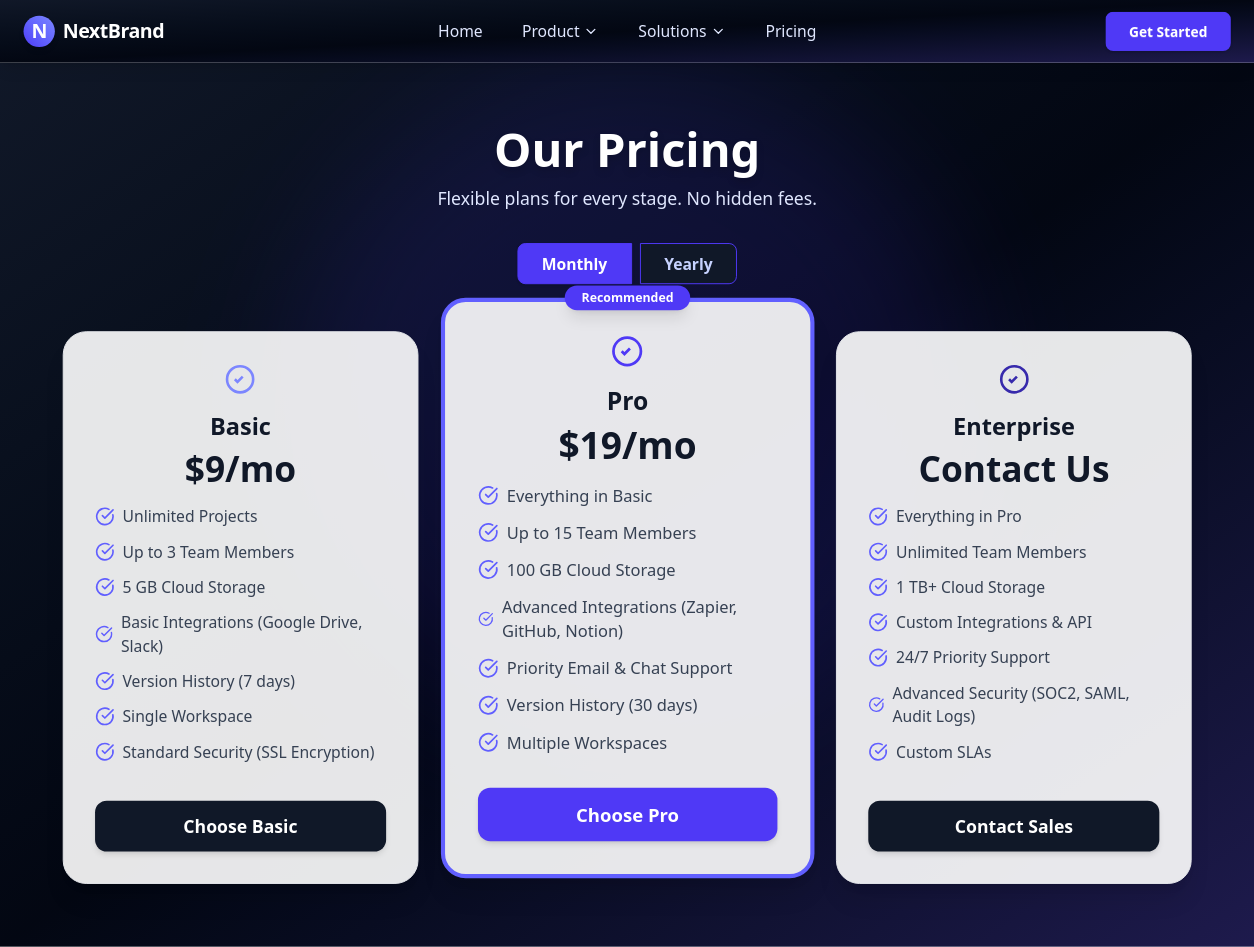
Repository: Chiranshukapil/Next_Brand
Page: /pricing
These files come from the project's save history. The page is drawn as it stood at one moment and after the next save; the edit follows.
The browser window is 1280 px wide. The pictures show the whole page, at 98% of full size.
The project was rebuilt for these pictures with package versions that can differ from the ones it lists, and the page was loaded fresh each time. Also part of the build but not shown: vite.config.js.

Above is the page before, as saved 2025-06-18 12:21:59.

### index.html
<!doctype html>
<html lang="en">
  <head>
    <meta charset="UTF-8" />
    <link rel="stylesheet" href="src/index.css">
    <meta name="viewport" content="width=device-width, initial-scale=1.0" />
    <title>NavBar</title>
  </head>
  <body classname="scroll-smooth">
    <div id="root"></div>
    <script type="module" src="/src/main.jsx"></script>
  </body>
</html>

### src/App.jsx
import { useState } from 'react'
import { BrowserRouter as Router, Routes, Route } from 'react-router-dom'
import Navbar from './Components/NavBar.jsx'
import PricingSection from './Components/PricingSection.jsx'

function App() {
  return (
    <Router>
      <Navbar />
      <Routes>

        <Route path="/pricing" element={<PricingSection />} />

      </Routes>
    </Router>
  )
}

export default App

### src/Components/NavBar.jsx
import React, { useState } from "react";
import { Link } from "react-router-dom";
import { Menu, X, ChevronDown } from "lucide-react";

// Route-based navLinks
const navLinks = [
  { name: "Home", href: "/" },
  {
    name: "Product",
    href: "/product",
    dropdown: [
      { name: "Overview", href: "/product/overview" },
      { name: "Features", href: "/product/features" },
      { name: "Pricing", href: "/pricing" },
    ],
  },
  {
    name: "Solutions",
    href: "/solutions",
    dropdown: [
      { name: "For Teams", href: "/solutions/teams" },
      { name: "For Individuals", href: "/solutions/individuals" },
    ],
  },
  { name: "Pricing", href: "/pricing" },
];

export default function Navbar() {
  const [menuOpen, setMenuOpen] = useState(false);
  const [dropdownOpen, setDropdownOpen] = useState(null);

  return (
    <nav className="sticky top-0 z-50 bg-gradient-to-br from-gray-900 via-gray-950 to-indigo-950 backdrop-blur-md bg-opacity-80 shadow-lg flex justify-between items-center px-6 py-3">
      {/* Brand/Logo */}
      <div className="navbar-start">
        <Link
          to="/"
          className="flex items-center gap-2 text-xl font-bold tracking-tight text-white hover:text-indigo-400 transition-colors"
        >
          <span className="w-8 h-8 bg-gradient-to-tr from-indigo-600 to-indigo-400 rounded-full text-white flex items-center justify-center font-bold shadow-md">
            N
          </span>
          <span>NextBrand</span>
        </Link>
      </div>

      {/* Desktop Menu */}
      <div className="navbar-center hidden md:flex">
        <ul className="flex gap-2 items-center">
          {navLinks.map((link, index) => (
            <li
              key={link.name}
              onMouseEnter={() => setDropdownOpen(index)}
              onMouseLeave={() => setDropdownOpen(null)}
              className="relative"
            >
              {link.dropdown ? (
                <>
                  <Link
                    to={link.href}
                    className="px-4 py-2 rounded-lg text-base font-medium flex items-center gap-1 cursor-pointer text-indigo-100 hover:text-white hover:bg-indigo-700/30 transition-colors"
                    aria-haspopup="true"
                    aria-expanded={dropdownOpen === index}
                    onClick={() => setDropdownOpen(null)}
                  >
                    {link.name}
                    <ChevronDown className="h-4 w-4" />
                  </Link>
                  {dropdownOpen === index && (
                    <ul className="absolute top-full left-0 mt-2 bg-white/95 shadow-xl rounded-xl p-2 w-52 z-50 animate-fade-in">
                      {link.dropdown.map((item) => (
                        <li key={item.name}>
                          <Link
                            to={item.href}
                            className="block px-4 py-2 rounded-lg hover:bg-indigo-100 text-gray-900 font-medium transition"
                            onClick={() => setDropdownOpen(null)}
                          >
                            {item.name}
                          </Link>
                        </li>
                      ))}
                    </ul>
                  )}
                </>
              ) : (
                <Link
                  to={link.href}
                  className="px-4 py-2 rounded-lg text-base font-medium text-indigo-100 hover:text-white hover:bg-indigo-700/30 transition"
                  onClick={() => setDropdownOpen(null)}
                >
                  {link.name}
                </Link>
              )}
            </li>
          ))}
        </ul>
      </div>

      {/* Right Side: CTA + Mobile Menu Button */}
      <div className="navbar-end flex items-center">
        <Link
          to="/get-started"
          className="btn btn-primary font-semibold shadow hidden md:inline-flex bg-indigo-600 text-white hover:bg-indigo-700 border-none rounded-lg px-6 py-2 transition"
        >
          Get Started
        </Link>
        <button
          aria-label="Toggle menu"
          className="btn btn-ghost md:hidden ml-2 text-indigo-200"
          onClick={() => setMenuOpen((v) => !v)}
        >
          {menuOpen ? (
            <X className="h-7 w-7" />
          ) : (
            <Menu className="h-7 w-7" />
          )}
        </button>

        {/* Mobile Menu */}
        <div
          className={`absolute top-full right-2 left-2 z-40 md:hidden overflow-hidden transition-all duration-300 ease-in-out bg-white/95 rounded-xl shadow-lg ${
            menuOpen ? "max-h-96" : "max-h-0"
          }`}
        >
          <ul tabIndex={0} className="flex flex-col gap-1 p-3 w-full">
            {navLinks.map((link) => (
              <li key={link.name}>
                {link.dropdown ? (
                  <details>
                    <summary className="text-base cursor-pointer flex items-center justify-between text-gray-900 font-semibold px-2 py-2 rounded-lg hover:bg-indigo-100 transition">
                      {link.name}
                    </summary>
                    <ul className="p-2">
                      {link.dropdown.map((item) => (
                        <li key={item.name}>
                          <Link
                            to={item.href}
                            className="block px-4 py-2 rounded-lg text-gray-900 hover:bg-indigo-100 transition"
                            onClick={() => setMenuOpen(false)}
                          >
                            {item.name}
                          </Link>
                        </li>
                      ))}
                    </ul>
                  </details>
                ) : (
                  <Link
                    to={link.href}
                    className="block px-4 py-2 rounded-lg text-gray-900 font-semibold hover:bg-indigo-100 transition"
                    onClick={() => setMenuOpen(false)}
                  >
                    {link.name}
                  </Link>
                )}
              </li>
            ))}
            <li className="mt-2">
              <Link
                to="/get-started"
                className="btn btn-primary w-full bg-indigo-600 text-white hover:bg-indigo-700 border-none rounded-lg px-6 py-2 transition"
                onClick={() => setMenuOpen(false)}
              >
                Get Started
              </Link>
            </li>
          </ul>
        </div>
      </div>
    </nav>
  );
}

### src/Components/PricingSection.jsx
import { CheckCircle } from "lucide-react";
import { useState } from "react";

const plans = [
  {
    name: "Basic",
    icon: (
      <svg className="w-7 h-7 md:w-8 md:h-8 text-indigo-400" fill="none" stroke="currentColor" strokeWidth="2" viewBox="0 0 24 24">
        <circle cx="12" cy="12" r="10"/><path d="M8 12l2 2 4-4"/>
      </svg>
    ),
    monthly: 9,
    yearly: 90,
    features: [
      "Unlimited Projects",
      "Up to 3 Team Members",
      "5 GB Cloud Storage",
      "Basic Integrations (Google Drive, Slack)",
      "Version History (7 days)",
      "Single Workspace",
      "Standard Security (SSL Encryption)"
    ],
    recommended: false,
  },
  {
    name: "Pro",
    icon: (
      <svg className="w-7 h-7 md:w-8 md:h-8 text-indigo-600" fill="none" stroke="currentColor" strokeWidth="2" viewBox="0 0 24 24">
        <circle cx="12" cy="12" r="10"/><path d="M8 12l2 2 4-4"/>
      </svg>
    ),
    monthly: 19,
    yearly: 190,
    features: [
      "Everything in Basic",
      "Up to 15 Team Members",
      "100 GB Cloud Storage",
      "Advanced Integrations (Zapier, GitHub, Notion)",
      "Priority Email & Chat Support",
      "Version History (30 days)",
      "Multiple Workspaces"
    ],
    recommended: true,
  },
  {
    name: "Enterprise",
    icon: (
      <svg className="w-7 h-7 md:w-8 md:h-8 text-indigo-800" fill="none" stroke="currentColor" strokeWidth="2" viewBox="0 0 24 24">
        <circle cx="12" cy="12" r="10"/><path d="M8 12l2 2 4-4"/>
      </svg>
    ),
    monthly: null,
    yearly: null,
    features: [
      "Everything in Pro",
      "Unlimited Team Members",
      "1 TB+ Cloud Storage",
      "Custom Integrations & API",
      "24/7 Priority Support",
      "Advanced Security (SOC2, SAML, Audit Logs)",
      "Custom SLAs"
    ],
    recommended: false,
    contact: true,
  },
];

export default function PricingSection() {
  const [billing, setBilling] = useState("monthly");

  const displayPrice = (plan) => {
    if (plan.contact) return "Contact Us";
    if (billing === "yearly") return `$${plan.yearly}/yr`;
    return `$${plan.monthly}/mo`;
  };

  return (
    <section className="relative py-10 px-2 md:py-16 md:px-0 bg-gradient-to-br from-gray-900 via-gray-950 to-indigo-950 min-h-[100vh]">

      <div className="absolute top-0 left-1/2 -translate-x-1/2 w-[500px] h-[500px] md:w-[700px] md:h-[700px] rounded-full bg-indigo-800 opacity-20 blur-3xl pointer-events-none"></div>

      <div className="relative z-10 max-w-6xl mx-auto">
        <h2 className="text-3xl md:text-5xl font-extrabold text-center mb-3 text-white drop-shadow-lg">
          Our Pricing
        </h2>
        <p className="text-center text-indigo-100 mb-6 md:mb-8 text-base md:text-lg">
          Flexible plans for every stage. No hidden fees.
        </p>

        <div className="flex justify-center mb-6 md:mb-12 gap-2">
          <button
            className={`px-4 py-2 md:px-6 md:py-2 rounded-l-lg font-semibold transition-colors duration-200 hover:cursor-pointer border border-indigo-600 focus:outline-none text-sm md:text-base ${
              billing === "monthly"
                ? "bg-indigo-600 text-white shadow"
                : "bg-gray-900 text-indigo-200 hover:bg-indigo-700/20"
            }`}
            onClick={() => setBilling("monthly")}
          >
            Monthly
          </button>
          <button
            className={`px-4 py-2 md:px-6 md:py-2 rounded-r-lg font-semibold transition-colors duration-200 hover:cursor-pointer border border-indigo-600 focus:outline-none text-sm md:text-base ${
              billing === "yearly"
                ? "bg-indigo-600 text-white shadow"
                : "bg-gray-900 text-indigo-200 hover:bg-indigo-700/20"
            }`}
            onClick={() => setBilling("yearly")}
          >
            Yearly
          </button>
        </div>
        <div className="grid grid-cols-1 md:grid-cols-3 gap-6 md:gap-8 items-stretch">
          {plans.map((plan, idx) => (
            <div
              key={plan.name}
              className={`relative flex flex-col p-4 md:p-8 rounded-3xl border transition-transform duration-200 bg-white/90 shadow-xl hover:scale-[1.03] w-full max-w-md mx-auto ${
                plan.recommended
                  ? "border-4 border-indigo-500 bg-indigo-50 z-20 md:scale-105 shadow-2xl"
                  : "border-gray-200"
              }`}
              style={plan.recommended && window.innerWidth >= 768 ? { top: '-20px' } : {}}
            >
              {plan.recommended && (
                <span className="absolute -top-4 left-1/2 -translate-x-1/2 bg-indigo-600 text-white text-xs px-4 py-1 rounded-full font-semibold shadow-lg z-30">
                  Recommended
                </span>
              )}
              <div className="flex justify-center mb-3 md:mb-4">{plan.icon}</div>
              <h3 className="text-xl md:text-2xl font-bold mb-1 md:mb-2 text-gray-900 text-center">{plan.name}</h3>
              <div className="text-3xl md:text-4xl font-extrabold mb-3 md:mb-4 text-center text-gray-900">{displayPrice(plan)}</div>
              <ul className="flex-1 mb-6 md:mb-8 space-y-2 md:space-y-3 text-gray-700 text-sm md:text-base">
                {plan.features.map((f) => (
                  <li key={f} className="flex items-center gap-2">
                    <CheckCircle className="w-5 h-5 text-indigo-500" />
                    <span>{f}</span>
                  </li>
                ))}
              </ul>
              <button
                className={`py-2 px-4 md:py-3 md:px-6 rounded-xl font-semibold text-base md:text-lg transition-all hover:cursor-pointer duration-200 shadow-md focus:outline-none ${
                  plan.recommended
                    ? "bg-indigo-600 text-white hover:bg-indigo-700"
                    : "bg-gray-900 text-white hover:bg-indigo-600"
                }`}
              >
                {plan.contact ? "Contact Sales" : `Choose ${plan.name}`}
              </button>
            </div>
          ))}
        </div>
      </div>
    </section>
  );
}

Loaded but not shown: src/index.css (common file); src/main.jsx (common file)

After the next save:
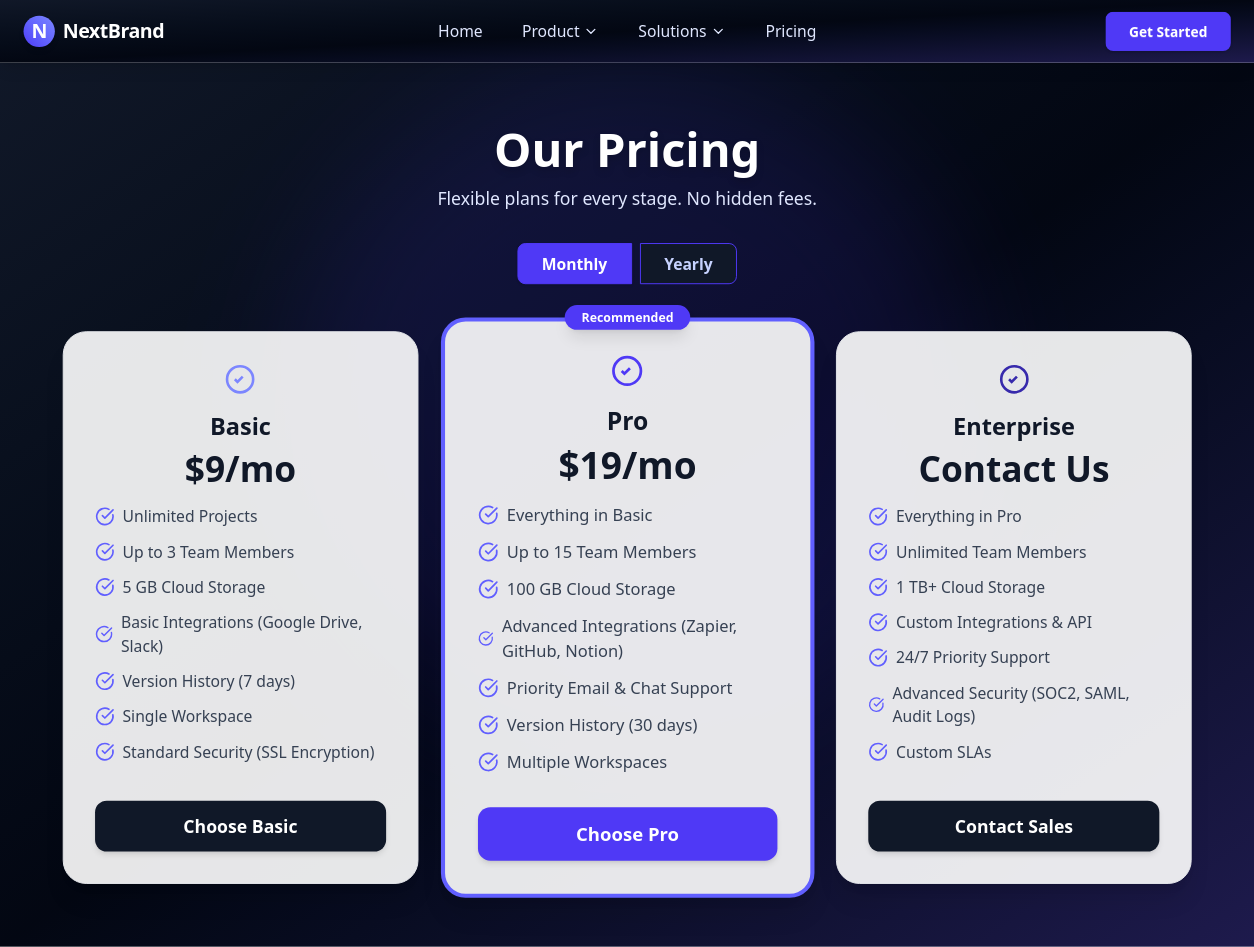
Saved 3 min 44 s later.
--- a/src/Components/PricingSection.jsx
+++ b/src/Components/PricingSection.jsx
@@ -76,9 +76,8 @@
 
   return (
     <section className="relative py-10 px-2 md:py-16 md:px-0 bg-gradient-to-br from-gray-900 via-gray-950 to-indigo-950 min-h-[100vh]">
-
+      {/* Decorative background shapes */}
       <div className="absolute top-0 left-1/2 -translate-x-1/2 w-[500px] h-[500px] md:w-[700px] md:h-[700px] rounded-full bg-indigo-800 opacity-20 blur-3xl pointer-events-none"></div>
-
       <div className="relative z-10 max-w-6xl mx-auto">
         <h2 className="text-3xl md:text-5xl font-extrabold text-center mb-3 text-white drop-shadow-lg">
           Our Pricing
@@ -86,7 +85,7 @@
         <p className="text-center text-indigo-100 mb-6 md:mb-8 text-base md:text-lg">
           Flexible plans for every stage. No hidden fees.
         </p>
-
+        {/* Billing toggle */}
         <div className="flex justify-center mb-6 md:mb-12 gap-2">
           <button
             className={`px-4 py-2 md:px-6 md:py-2 rounded-l-lg font-semibold transition-colors duration-200 hover:cursor-pointer border border-indigo-600 focus:outline-none text-sm md:text-base ${
@@ -110,15 +109,14 @@
           </button>
         </div>
         <div className="grid grid-cols-1 md:grid-cols-3 gap-6 md:gap-8 items-stretch">
-          {plans.map((plan, idx) => (
+          {plans.map((plan) => (
             <div
               key={plan.name}
-              className={`relative flex flex-col p-4 md:p-8 rounded-3xl border transition-transform duration-200 bg-white/90 shadow-xl hover:scale-[1.03] w-full max-w-md mx-auto ${
+              className={`relative flex flex-col p-4 md:p-8 rounded-3xl border transition-transform duration-200 bg-white/90 shadow-xl hover:scale-[1.03] w-full max-w-md mx-auto h-full ${
                 plan.recommended
                   ? "border-4 border-indigo-500 bg-indigo-50 z-20 md:scale-105 shadow-2xl"
                   : "border-gray-200"
               }`}
-              style={plan.recommended && window.innerWidth >= 768 ? { top: '-20px' } : {}}
             >
               {plan.recommended && (
                 <span className="absolute -top-4 left-1/2 -translate-x-1/2 bg-indigo-600 text-white text-xs px-4 py-1 rounded-full font-semibold shadow-lg z-30">

After the save that followed:
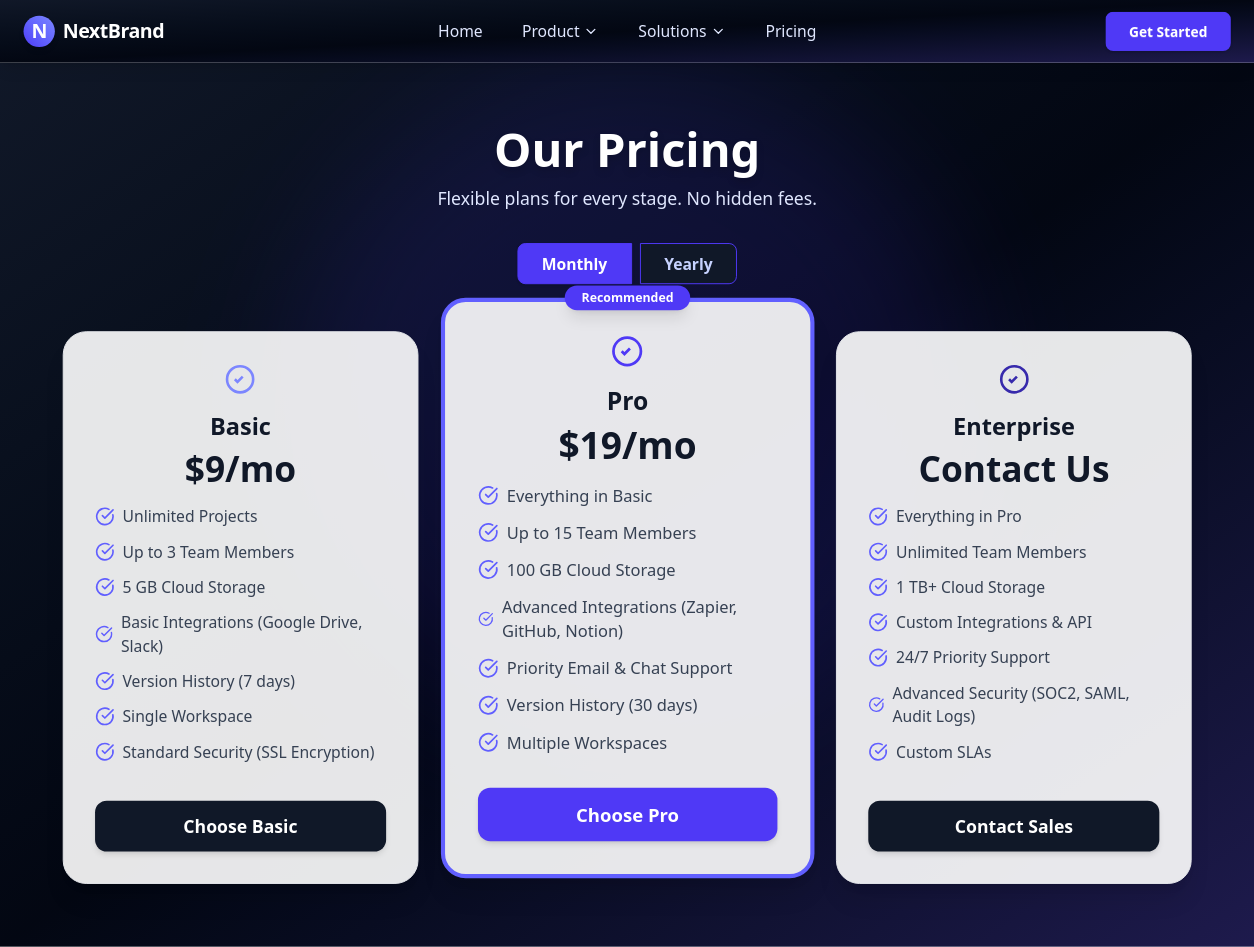
Saved 34 s later.
--- a/src/Components/PricingSection.jsx
+++ b/src/Components/PricingSection.jsx
@@ -76,8 +76,9 @@
 
   return (
     <section className="relative py-10 px-2 md:py-16 md:px-0 bg-gradient-to-br from-gray-900 via-gray-950 to-indigo-950 min-h-[100vh]">
-      {/* Decorative background shapes */}
+
       <div className="absolute top-0 left-1/2 -translate-x-1/2 w-[500px] h-[500px] md:w-[700px] md:h-[700px] rounded-full bg-indigo-800 opacity-20 blur-3xl pointer-events-none"></div>
+
       <div className="relative z-10 max-w-6xl mx-auto">
         <h2 className="text-3xl md:text-5xl font-extrabold text-center mb-3 text-white drop-shadow-lg">
           Our Pricing
@@ -85,7 +86,7 @@
         <p className="text-center text-indigo-100 mb-6 md:mb-8 text-base md:text-lg">
           Flexible plans for every stage. No hidden fees.
         </p>
-        {/* Billing toggle */}
+
         <div className="flex justify-center mb-6 md:mb-12 gap-2">
           <button
             className={`px-4 py-2 md:px-6 md:py-2 rounded-l-lg font-semibold transition-colors duration-200 hover:cursor-pointer border border-indigo-600 focus:outline-none text-sm md:text-base ${
@@ -109,14 +110,15 @@
           </button>
         </div>
         <div className="grid grid-cols-1 md:grid-cols-3 gap-6 md:gap-8 items-stretch">
-          {plans.map((plan) => (
+          {plans.map((plan, idx) => (
             <div
               key={plan.name}
-              className={`relative flex flex-col p-4 md:p-8 rounded-3xl border transition-transform duration-200 bg-white/90 shadow-xl hover:scale-[1.03] w-full max-w-md mx-auto h-full ${
+              className={`relative flex flex-col p-4 md:p-8 rounded-3xl border transition-transform duration-200 bg-white/90 shadow-xl hover:scale-[1.03] w-full max-w-md mx-auto ${
                 plan.recommended
                   ? "border-4 border-indigo-500 bg-indigo-50 z-20 md:scale-105 shadow-2xl"
                   : "border-gray-200"
               }`}
+              style={plan.recommended && window.innerWidth >= 768 ? { top: '-20px' } : {}}
             >
               {plan.recommended && (
                 <span className="absolute -top-4 left-1/2 -translate-x-1/2 bg-indigo-600 text-white text-xs px-4 py-1 rounded-full font-semibold shadow-lg z-30">
